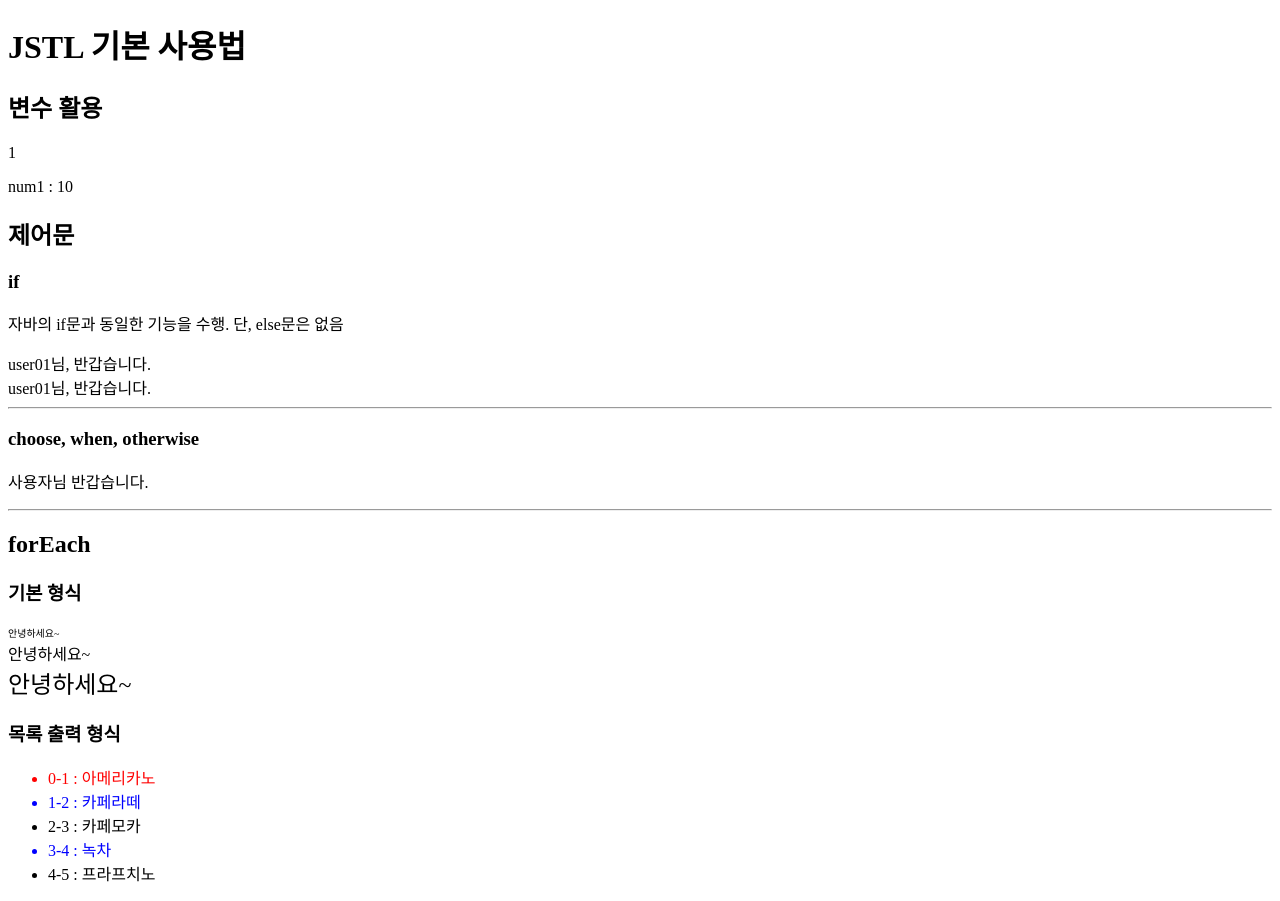
Repository: Nyaguri/sts3
Page: http://localhost/spring-jsp02/jstl_1
The author's editor kept a copy of each file at every save. The page is drawn from the files as they stood at one save, then again after the next save.
The browser window is 1280 px wide. The pictures show the whole page.
The page is served by Tomcat 9. Other server files are loaded and not shown. The template is opened directly, without the code that normally fills it, so the values that code supplies are empty.

Above is the page before, as saved 2024-02-05 04:25:42.

### spring-jsp02/src/main/webapp/WEB-INF/views/jstl01.jsp
<%@ page language="java" contentType="text/html; charset=UTF-8"
    pageEncoding="UTF-8"%>
<%@ taglib uri="http://java.sun.com/jsp/jstl/core" prefix="c"%>
<!DOCTYPE html>
<html>
<head>
<meta charset="UTF-8">
<title>JSTL 01</title>
</head>
<body>
<h1>JSTL 기본 사용법</h1>
<h2>변수 활용</h2>
<c:set var="num1" value="10"/>
<c:out value="${num2}" default="1"/>
<p>num1 : ${num1}</p>
<h2>제어문</h2>
<h3>if</h3>
<p>자바의 if문과 동일한 기능을 수행. 단, else문은 없음</p>
<c:set var="name" value="user01"/>
<c:if test="${name != null}">${name}님, 반갑습니다.</c:if>
<c:if test="${name == null}">Guest님, 반갑습니다.</c:if>
<br>
<c:if test="${!empty name}">${name}님, 반갑습니다.</c:if>
<hr>
<h3>choose, when, otherwise</h3>
<c:choose>
	<c:when test="${user == 0}">
		<p>관리자님 반갑습니다.</p>
	</c:when>
	<c:when test="${user == 1}">
		<p>사용자님 반갑습니다.</p>
	</c:when>
	<c:otherwise>
		<p>처음뵙겠습니다.</p>
	</c:otherwise>
</c:choose>
<hr>
<h2>forEach</h2>
<h3>기본 형식</h3>
<c:forEach var="f" begin="1" end="5" step="2">
	<font size="${f}">안녕하세요~</font><br>
</c:forEach>
<h3>목록 출력 형식</h3>
<ul>
	<c:forEach var="mitem" items="${menu}" varStatus="st">
		<c:choose>
			<c:when test="${st.first}">
				<li style="color: red;">
					${st.index}-${st.count} : ${mitem}
				</li>
			</c:when>
			<c:when test="${st.count % 2 == 0}">
				<li style="color: blue;">
					${st.index}-${st.count} : ${mitem}
				</li>
			</c:when>
			<c:otherwise>
				<li>
					${st.index}-${st.count} : ${mitem}
				</li>
			</c:otherwise>
		</c:choose>
	</c:forEach>
</ul>
</body>
</html>

After the next save:
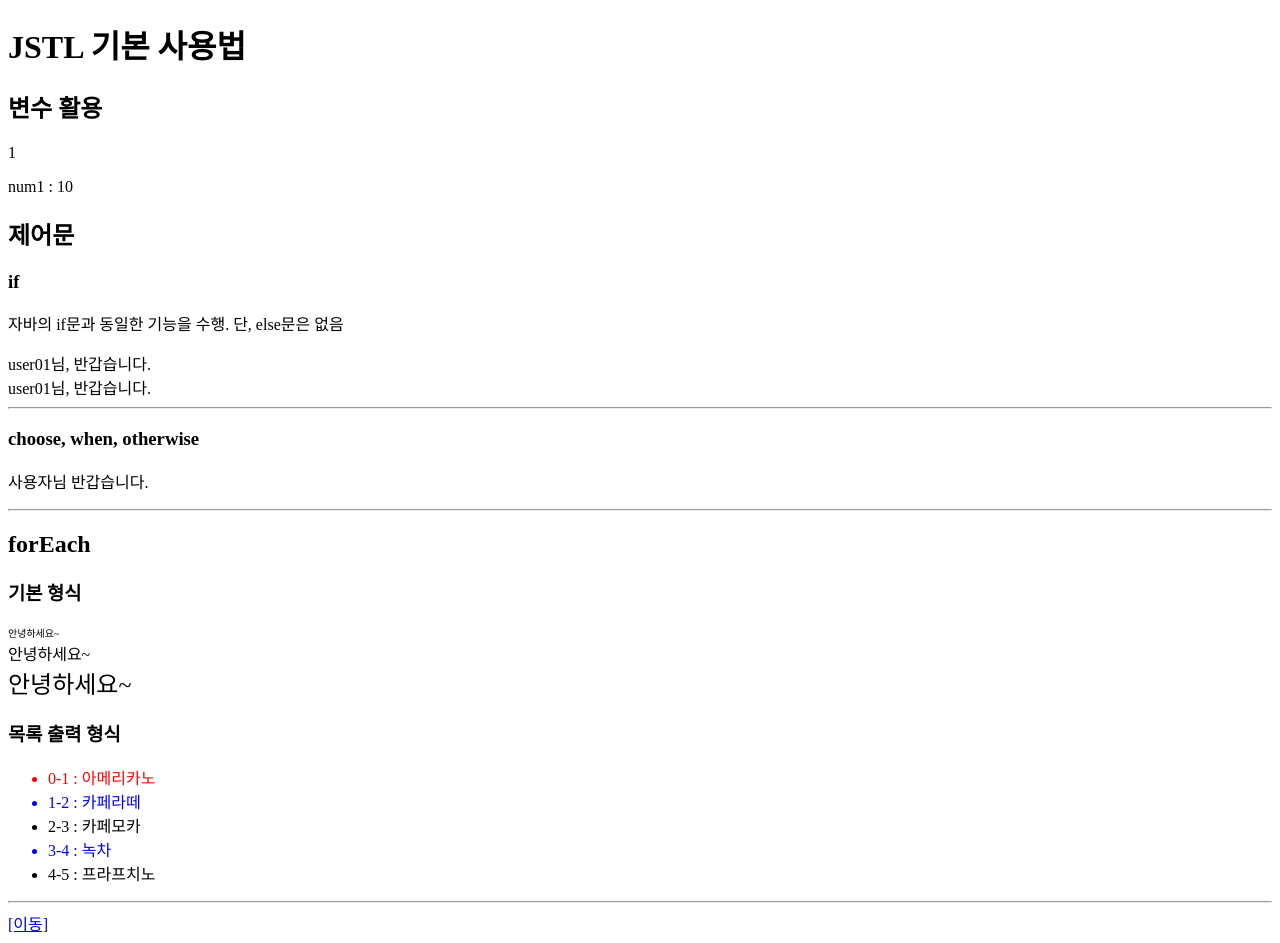
Saved 7 s later.
--- a/spring-jsp02/src/main/webapp/WEB-INF/views/jstl01.jsp
+++ b/spring-jsp02/src/main/webapp/WEB-INF/views/jstl01.jsp
@@ -62,5 +62,7 @@
 		</c:choose>
 	</c:forEach>
 </ul>
+<hr>
+<a href="today">[이동]</a>
 </body>
 </html>
